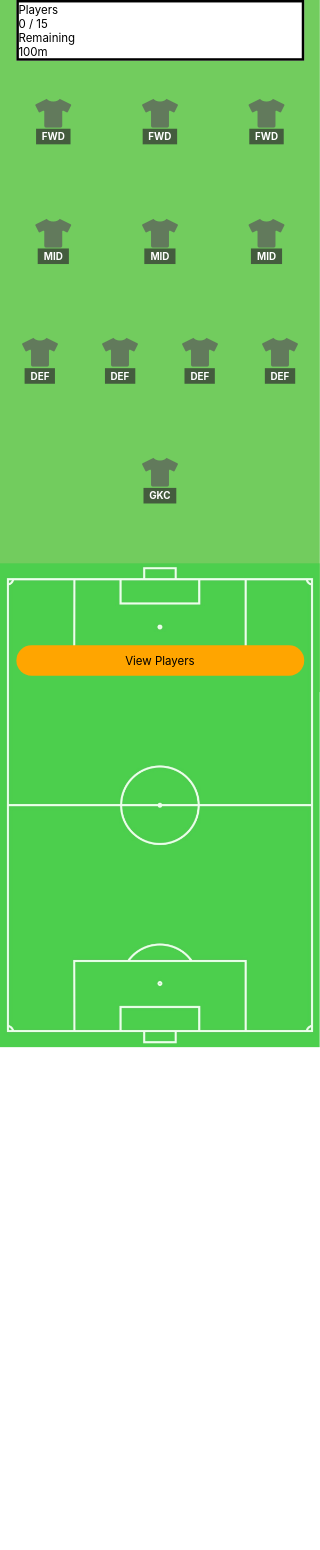
Repository: JavaidAhmadKhan/UEFA
Screen: /
These files come from the project's save history. The screen is drawn as it stood at one moment and after the next save; the edit follows.
The pictures are shown at 82% of full size.
The app was drawn by React Native's web renderer in a window 390 px wide. The project was rebuilt for these pictures with package versions that can differ from the ones it lists, and the page was loaded fresh each time. Some packages were replaced by stand-ins written for this rebuild.

Above is the screen before, as saved 2021-07-07 12:06:41.

After the next save:
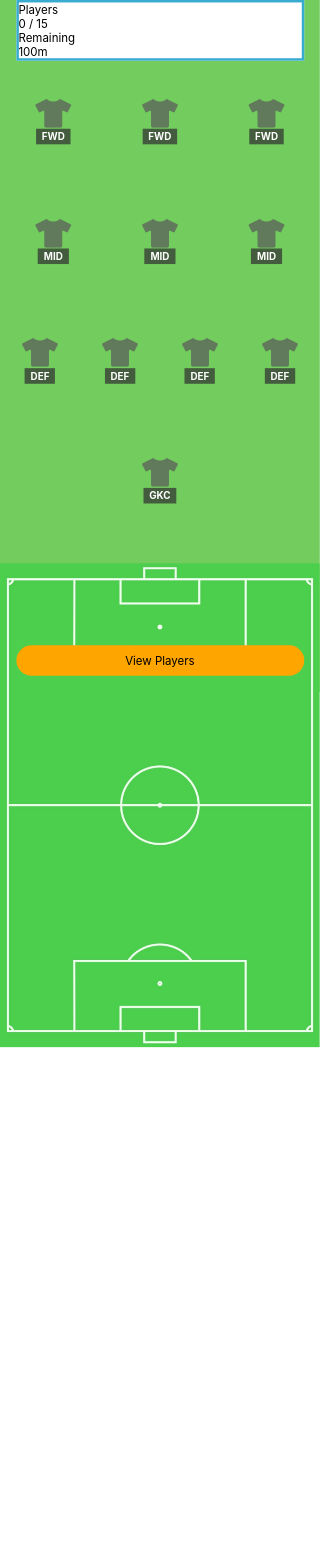
Saved 17 s later.
--- a/components/TeamStats.tsx
+++ b/components/TeamStats.tsx
@@ -22,7 +22,7 @@ const styles = StyleSheet.create({
     backgroundColor: "white",
     width: "90%",
     borderWidth: 3,
-    borderColor: "black",
+    borderColor: "#38abd1",
   },
   label: {},
   value: {},
